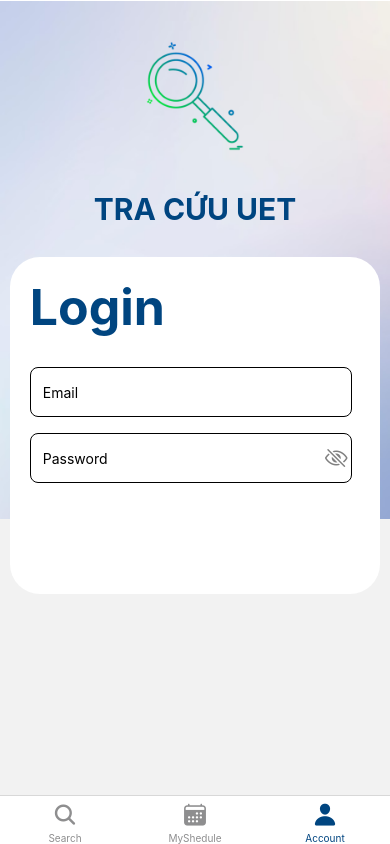
Repository: nguyenkhackien/Student-Progress-Tracker-
Screen: /Account (app in MyApp/)
These files come from the project's save history. The screen is drawn as it stood at one moment and after a run of saves; the edit follows.
The app was drawn by React Native's web renderer in a window 390 px wide. The project was rebuilt for these pictures with package versions that can differ from the ones it lists, and the page was loaded fresh each time. Also part of the build but not shown: MyApp/src/components/MyScheduleScreen.js.

Above is the screen before, as saved 2024-07-21 21:57:12.

After the next 3 saves:
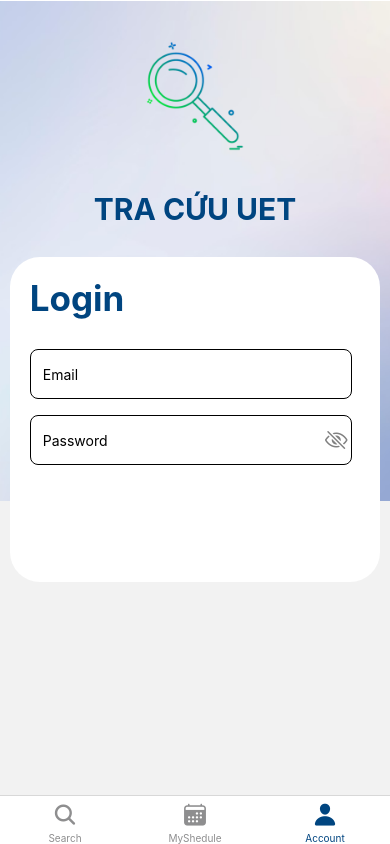
The 3 saves are shown as one change because they came seconds apart.
The last was saved 9 s later.
--- a/MyApp/src/components/LoginScreen.js
+++ b/MyApp/src/components/LoginScreen.js
@@ -33,7 +33,7 @@ const LoginScreen = () => {
                     <Text style={styles.title}>TRA CỨU UET</Text>
                     <View style={styles.loginContainer}>
                         <Text style={styles.title}>
-                            <Text style={{fontSize:50}}>Login</Text>
+                            <Text style={{fontSize:35}}>Login</Text>
                         </Text>
                         <View style={styles.inputContainer}>
                             <TextInput
